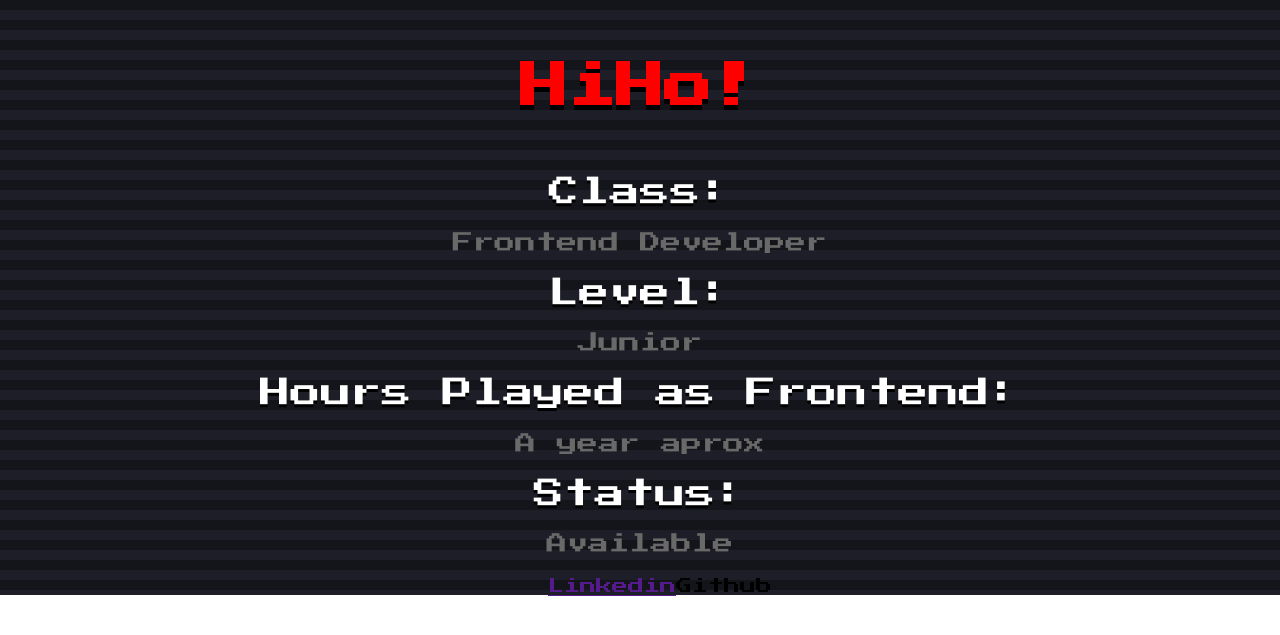
Repository: sernalab/soon
Page: index.html
These files come from the project's save history. The page is drawn as it stood at one moment and after the next save; the edit follows.
The browser window is 1280 px wide. The pictures show the whole page.

Above is the page before, as saved 2018-12-27 00:45:51.

After the next save:
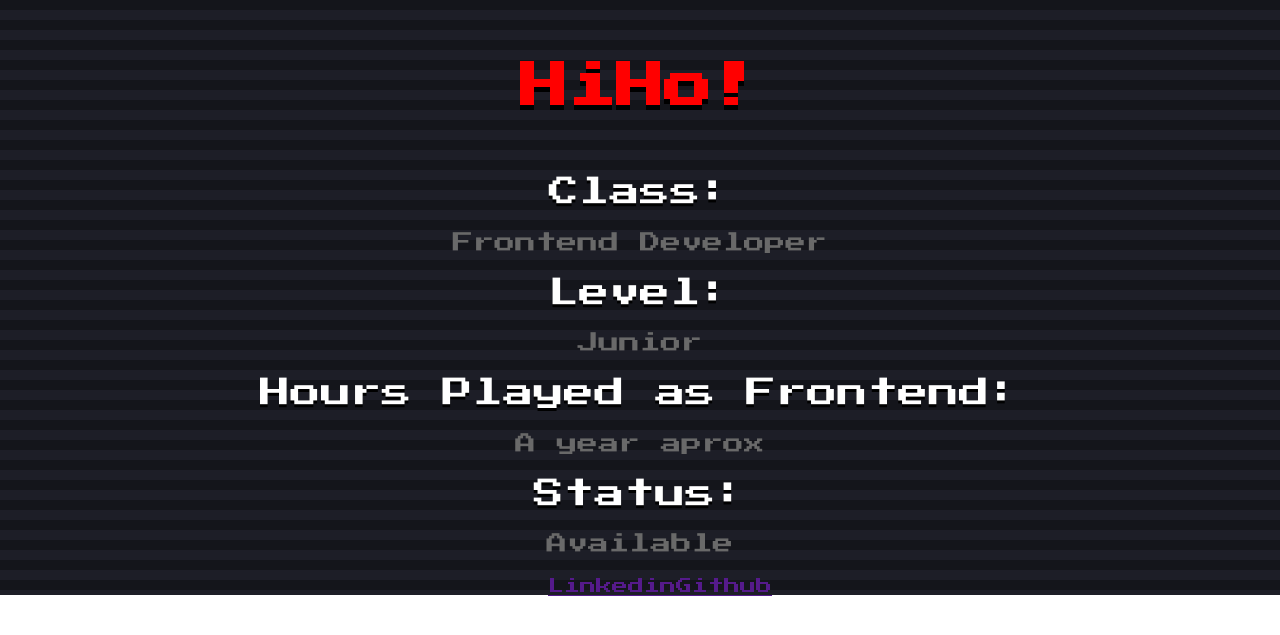
Saved 13 s later.
--- a/index.html
+++ b/index.html
@@ -26,7 +26,7 @@
         <footer>
             <ul>
                 <li><a href="">Linkedin <a/></li>
-                <li>Github</li>
+                <li><a href="">Github</a></li>
             </ul>
         </footer>
     </main>
